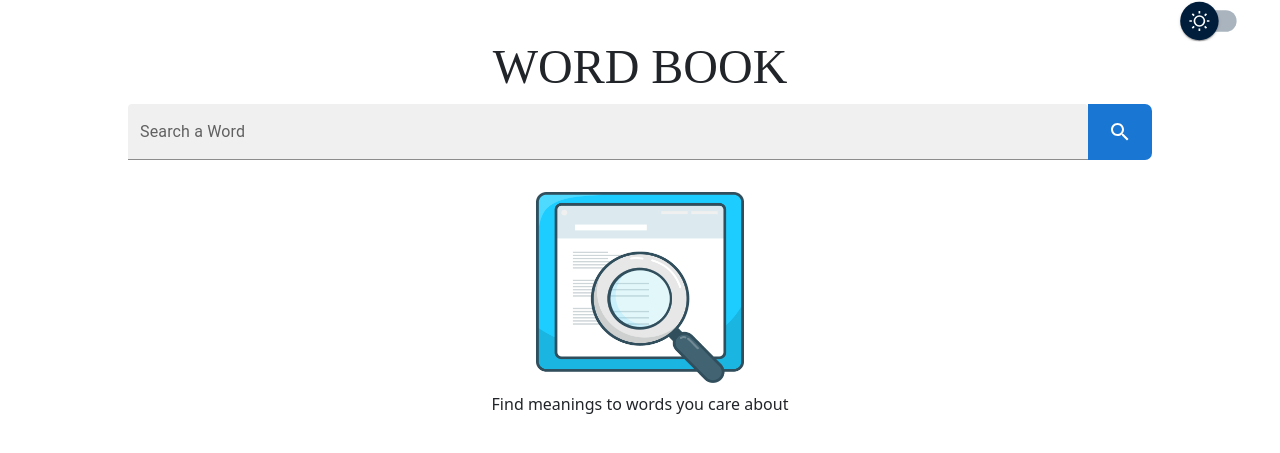
Repository: marveldev/my-dictionary
Page: /
The author's editor kept a copy of each file at every save. The page is drawn from the files as they stood at one save, then again after the next save.
The browser window is 1280 px wide. The pictures show the whole page.
The project was rebuilt for these pictures with package versions that can differ from the ones it lists, and the page was loaded fresh each time. Also part of the build but not shown: src/components/themeSwitcher/MUISwitch.jsx.

Above is the page before, as saved 2022-05-22 16:22:35.

After the next save:
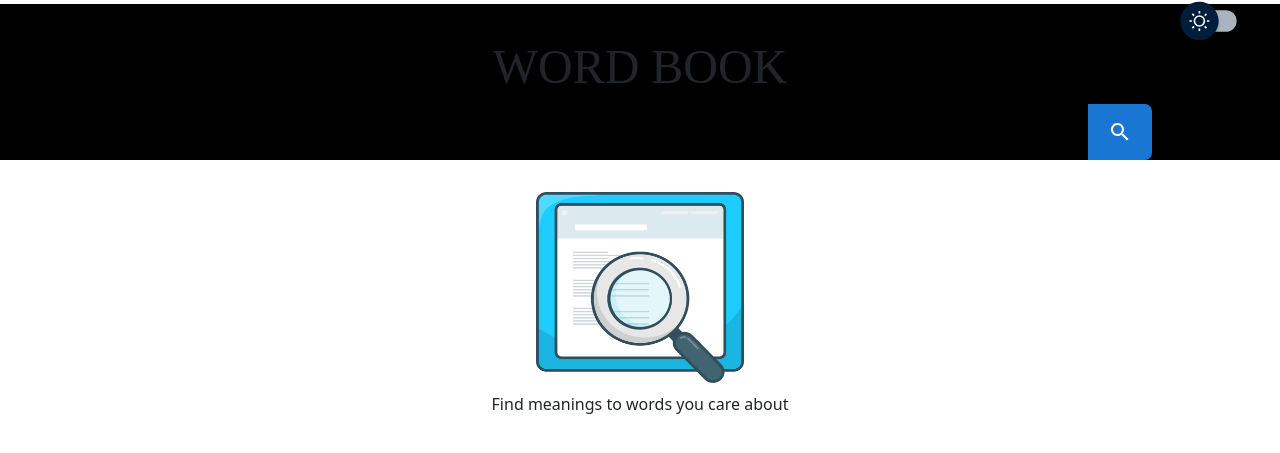
Saved 21 s later.
--- a/src/App.js
+++ b/src/App.js
@@ -18,7 +18,7 @@
 
   return (
     <div className={`${theme} app`}>
-      <div className="fixed top-0">
+      <div className="fixed top-0 bg-black">
         <ThemeSwitcher setTheme={setTheme} theme={theme} themePalette={themePalette} />
         <h1 className="text-center">{definitions?.word || 'WORD BOOK'}</h1>
         <Form

After the save that followed:
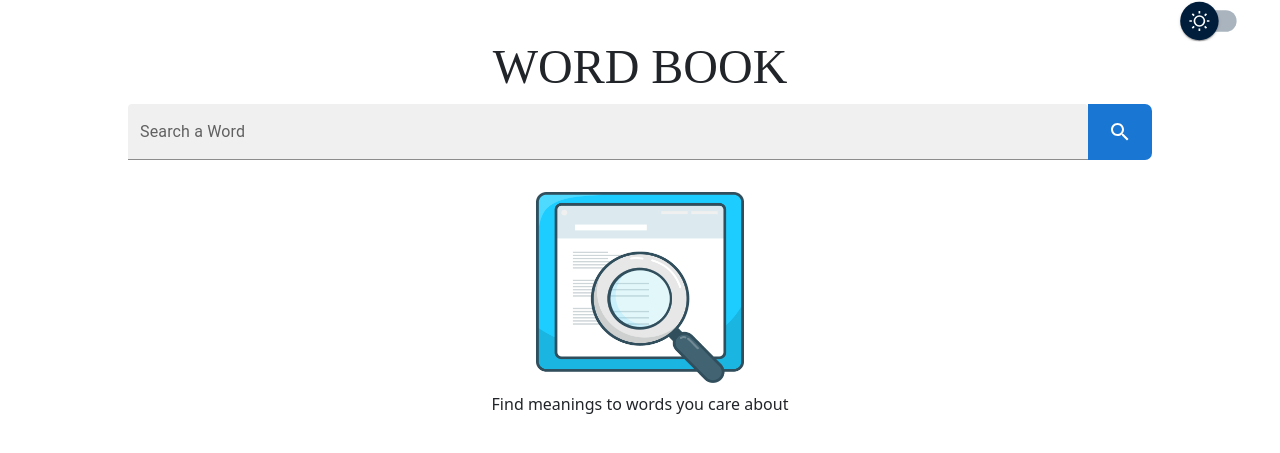
Saved 54 s later.
--- a/src/App.js
+++ b/src/App.js
@@ -18,7 +18,7 @@
 
   return (
     <div className={`${theme} app`}>
-      <div className="fixed top-0 bg-black">
+      <div className="stuff">
         <ThemeSwitcher setTheme={setTheme} theme={theme} themePalette={themePalette} />
         <h1 className="text-center">{definitions?.word || 'WORD BOOK'}</h1>
         <Form
